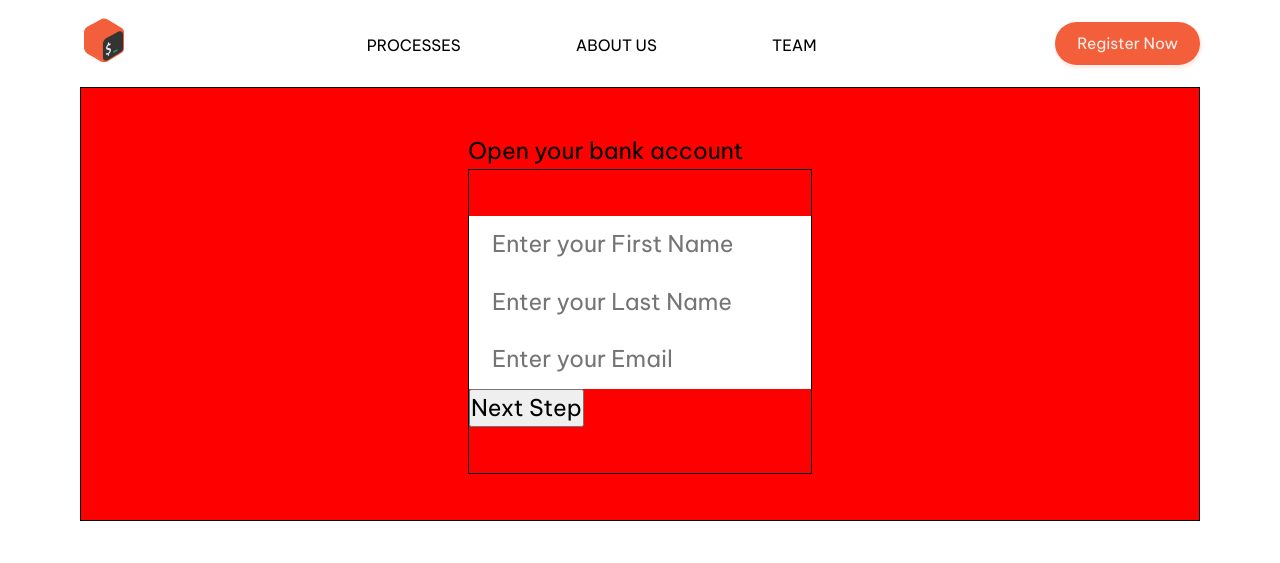
Repository: Esraa22M/Banking_Site
Page: index.html
The author's editor kept a copy of each file at every save. The page is drawn from the files as they stood at one save, then again after the next save.
The browser window is 1280 px wide. The pictures show the whole page.

Above is the page before, as saved 2022-10-31 16:52:01.

After the next save:
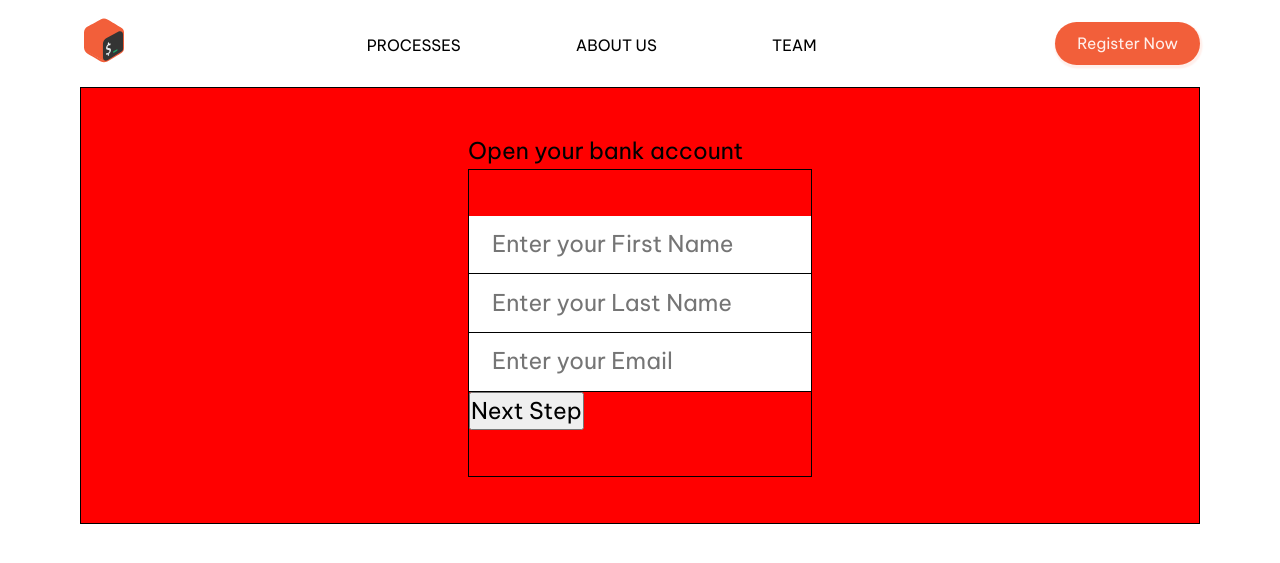
Saved 39 s later.
--- a/style.css
+++ b/style.css
@@ -205,6 +205,7 @@
   border: none;
   outline: none;
   padding: 0.5em 1em;
+  border-bottom: 1px solid var(--clr-neutral-900);
 }
 
 /* media query for mobile screen */
